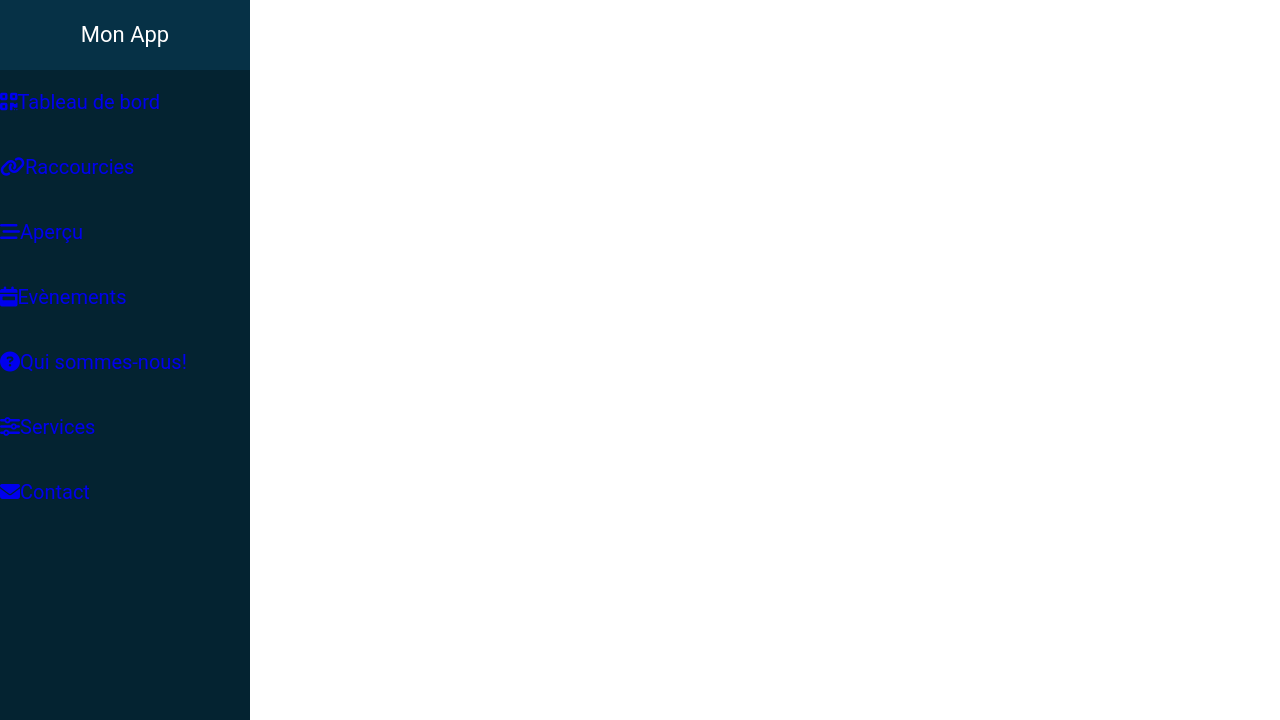
Repository: Alex-Serky/Dossier-Nav
Page: Nav-Sidebar/index.html
An editor plug-in stored every save of this project. The page is shown before and after the next save, followed by the edit.
The browser window is 1280 px wide. The pictures show the whole page.
Some web libraries are served in a nearby version.

Above is the page before, as saved 2020-02-21 09:24:24.

After the next save:
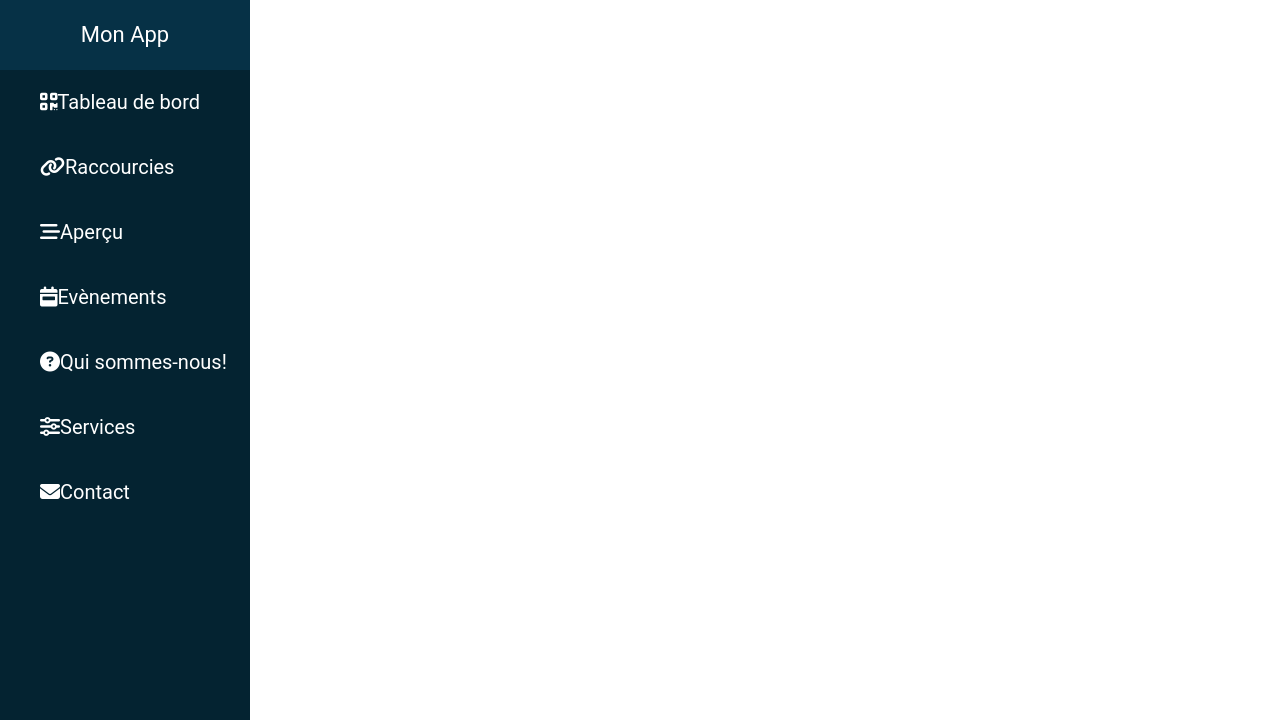
Saved 50 s later.
--- a/Nav-Sidebar/style.css
+++ b/Nav-Sidebar/style.css
@@ -34,4 +34,6 @@ body {
   width: 100%;
   line-height: 65px;
   font-size: 20px;
+  color: white;
+  padding-left: 40px;
 }
